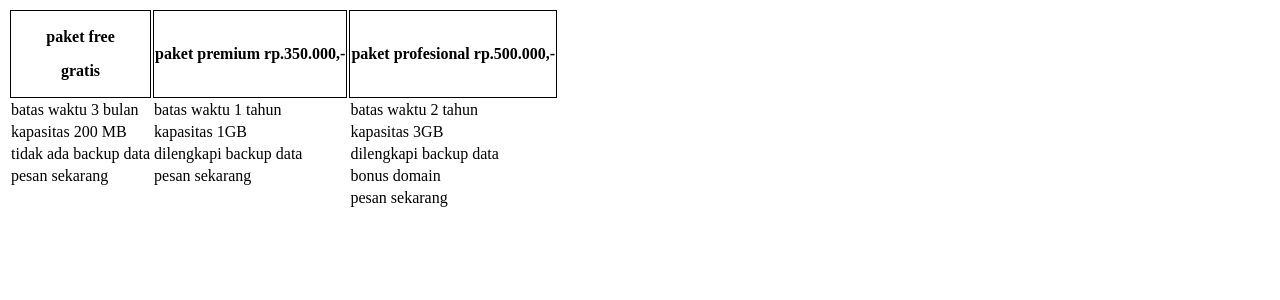
Repository: AHSANS354/tugas-sib5
Page: tugas css/index.html
The author's editor kept a copy of each file at every save. The page is drawn from the files as they stood at one save, then again after the next save.
The browser window is 1280 px wide. The pictures show the whole page.

Above is the page before, as saved 2023-08-29 12:54:29.

After the next save:
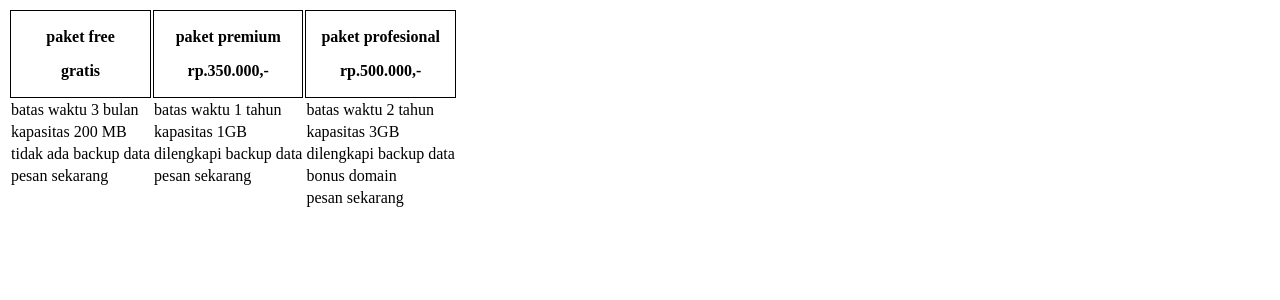
Saved 106 s later.
--- a/tugas css/index.html
+++ b/tugas css/index.html
@@ -13,8 +13,14 @@
           <p>paket free</p>
           <p>gratis</p>
         </th>
-        <th>paket premium rp.350.000,-</th>
-        <th>paket profesional rp.500.000,-</th>
+        <th>
+          <p>paket premium</p>
+          <p>rp.350.000,-</p>
+        </th>
+        <th>
+          <p>paket profesional</p>
+          <p>rp.500.000,-</p>
+        </th>
       </tr>
       <tr>
         <td>batas waktu 3 bulan</td>
